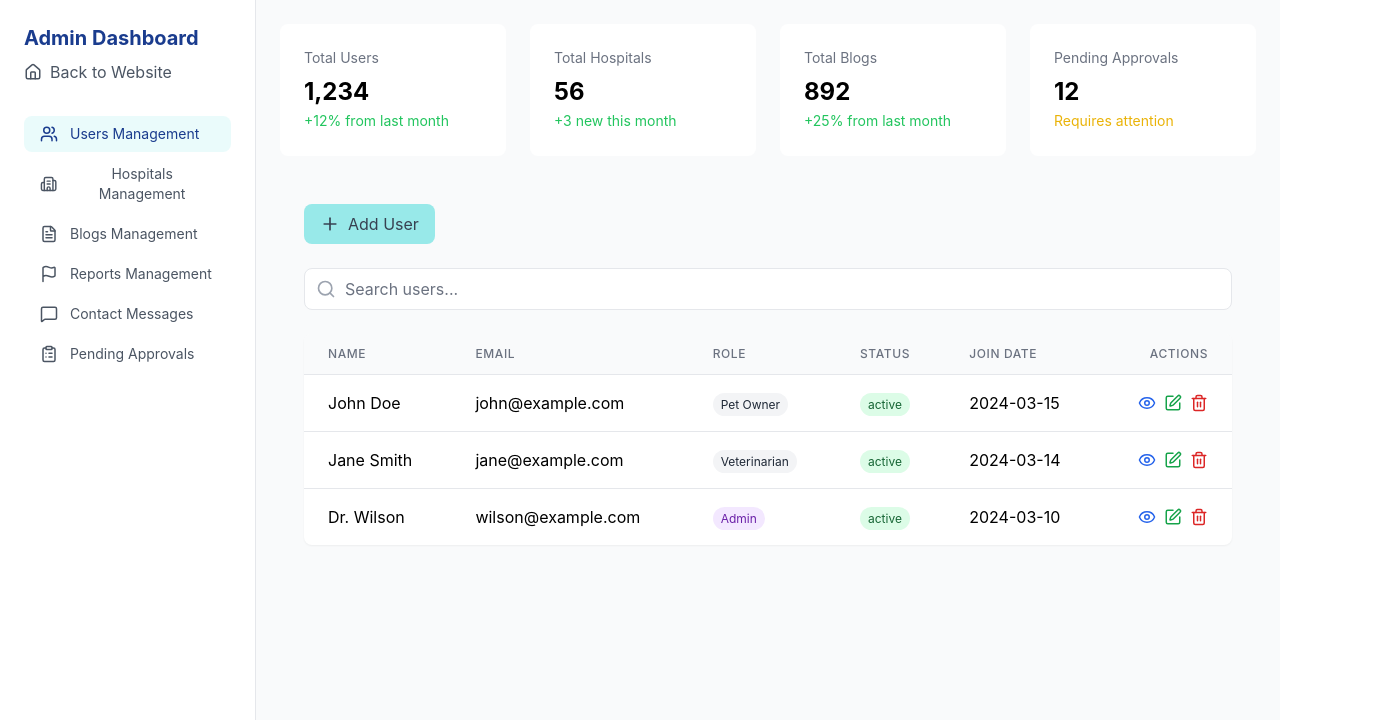
Repository: ZSayless/MyPetDoc
Page: /admin
An editor plug-in stored every save of this project. The page is shown before and after the next save, followed by the edit.
The browser window is 1280 px wide. The page is 1280 px wide, then 1381 px, then 1280 px, so the pictures cover 1381 px, including what lies to the right of the window. The pictures show the whole page.
The project was rebuilt for these pictures with package versions that can differ from the ones it lists, and the page was loaded fresh each time. Also part of the build but not shown: vite.config.js, src/core/ButtonLink.js, src/components/register/SelectRoleModal.js, src/services/authService.js, src/components/register/Register.js, src/core/Overlay.js, src/components/login/Login.js, src/components/layout/Header.js and 40 more.

Above is the page before, as saved 2025-01-15 22:48:06.

### src/index.js
import React from "react";
import ReactDOM from "react-dom/client";
import "./index.css";
import App from "./App";
import { BrowserRouter } from "react-router-dom";
import { Provider } from "react-redux";
import { store } from "./redux/store";

const root = ReactDOM.createRoot(document.getElementById("root"));
root.render(
  <React.StrictMode>
    <BrowserRouter>
      <Provider store={store}>
        <App />
      </Provider>
    </BrowserRouter>
  </React.StrictMode>
);

### src/index.css
@tailwind base;
@tailwind components;
@tailwind utilities;

/* Custom styles for form inputs */
[type="text"],
[type="email"],
[type="password"] {
  @apply border-gray-300 focus:border-blue-500 focus:ring-blue-500 rounded-md shadow-sm;
}

body {
  margin: 0;
  font-family: -apple-system, BlinkMacSystemFont, "Segoe UI", "Roboto", "Oxygen",
    "Ubuntu", "Cantarell", "Fira Sans", "Droid Sans", "Helvetica Neue",
    sans-serif;
  -webkit-font-smoothing: antialiased;
  -moz-osx-font-smoothing: grayscale;
}

code {
  font-family: source-code-pro, Menlo, Monaco, Consolas, "Courier New",
    monospace;
}

### src/redux/store.js
import { configureStore } from "@reduxjs/toolkit";
import communityReducer from "./slices/communitySlice";
import adminReducer from "./slices/adminSlice";

export const store = configureStore({
  reducer: {
    community: communityReducer,
    admin: adminReducer,
  },
});

### src/assets/css/style.css
@tailwind base;
@tailwind components;
@tailwind utilities;

body {
  margin: 0px;
  padding: 0px;
}

html {
  font-family: "Helvetica Neue", Helvetica, Arial, sans-serif;
}

/* Footer Styles */
footer {
  background-color: #1a1a1a !important;
}

.footer-logo {
  height: 40px;
  width: auto;
}

footer .social-icons a {
  color: #fff;
  background: rgba(255, 255, 255, 0.1);
  width: 35px;
  height: 35px;
  display: inline-flex;
  align-items: center;
  justify-content: center;
  border-radius: 50%;
  transition: all 0.3s ease;
}

footer .social-icons a:hover {
  background: #6f42c1;
  transform: translateY(-3px);
}

footer .subscribe-form input {
  border: 1px solid rgba(255, 255, 255, 0.1);
  padding: 10px 15px;
}

footer .subscribe-form input:focus {
  box-shadow: none;
  border-color: #6f42c1;
}

footer .subscribe-form button {
  background: #6f42c1;
  border: none;
  padding: 10px 25px;
  width: 100%;
}

footer .subscribe-form button:hover {
  background: #5a32a3;
}

footer a.text-secondary:hover {
  color: #6f42c1 !important;
}

.hero-section {
  background-image: url("https://bizmap.dexignzone.com/react/demo/static/media/slide1.472de18a.jpg");
  background-size: cover;
  background-position: center;
  background-repeat: no-repeat;
}

.shadownHomeActive {
  color: #fff;
  box-shadow: 0 0 0 3px hsla(0, 0%, 100%, 0.2);
  background-color: rgb(147 51 234 / var(--tw-bg-opacity, 1));
}
.shadownHome:hover {
  border: none;
  box-shadow: 0 0 0 3px hsla(0, 0%, 100%, 0.2);
}
.btn__contact {
  background: hsla(0, 0%, 100%, 0.2);
  border: 1px solid hsla(0, 0%, 100%, 0.2);
}

.contact__card {
  border: 1px solid #e1e6eb;
  border-radius: 4px;
  box-shadow: 0 4px 6px 0 rgba(0, 0, 0, 0.05);
}
.contact__icon {
  box-shadow: 0 0 0 5px rgba(70, 17, 167, 0.1),
    0 0 0 10px rgba(70, 17, 167, 0.1);
}
.contact__form input {
  box-shadow: 0 4px 6px 0 rgba(0, 0, 0, 0.05);
}

.swiper-button-next::after,
.swiper-button-prev::after {
  display: none;
}

.swiper-button-disabled {
  opacity: 0.5;
  cursor: not-allowed;
}

.instagram__img:hover {
  opacity: 0.7;
  transition: all 0.5s;
  -webkit-transition: all 0.5s;
}
.border__category {
  border-bottom: 1px dashed #ecebf5;
}

### src/pages/admin/AdminDashboard.js
import { useState } from "react";
import AdminSidebar from "./AdminSidebar";
import UsersManagement from "./tabs/UsersManagement";
import HospitalsManagement from "./tabs/HospitalsManagement";
import BlogsManagement from "./tabs/BlogsManagement";
import ReportsManagement from "./tabs/ReportsManagement";
import ContactMessages from "./tabs/ContactMessages";
import PendingApprovals from "./tabs/PendingApprovals";

function AdminDashboard() {
  const [activeTab, setActiveTab] = useState("users");

  const renderTab = () => {
    switch (activeTab) {
      case "users":
        return <UsersManagement />;
      case "hospitals":
        return <HospitalsManagement />;
      case "blogs":
        return <BlogsManagement />;
      case "reports":
        return <ReportsManagement />;
      case "messages":
        return <ContactMessages />;
      case "pending":
        return <PendingApprovals />;
      default:
        return <UsersManagement />;
    }
  };

  return (
    <div className="flex min-h-screen bg-gray-50">
      {/* Sidebar */}
      <div className="w-64 bg-white border-r">
        <AdminSidebar activeTab={activeTab} setActiveTab={setActiveTab} />
      </div>

      {/* Main Content */}
      <div className="flex-1">
        {/* Stats Cards */}
        <div className="grid grid-cols-4 gap-6 p-6">
          <div className="bg-white rounded-lg p-6">
            <h3 className="text-gray-500 text-sm">Total Users</h3>
            <p className="text-2xl font-bold mt-2">1,234</p>
            <span className="text-green-500 text-sm">+12% from last month</span>
          </div>
          <div className="bg-white rounded-lg p-6">
            <h3 className="text-gray-500 text-sm">Total Hospitals</h3>
            <p className="text-2xl font-bold mt-2">56</p>
            <span className="text-green-500 text-sm">+3 new this month</span>
          </div>
          <div className="bg-white rounded-lg p-6">
            <h3 className="text-gray-500 text-sm">Total Blogs</h3>
            <p className="text-2xl font-bold mt-2">892</p>
            <span className="text-green-500 text-sm">+25% from last month</span>
          </div>
          <div className="bg-white rounded-lg p-6">
            <h3 className="text-gray-500 text-sm">Pending Approvals</h3>
            <p className="text-2xl font-bold mt-2">12</p>
            <span className="text-yellow-500 text-sm">Requires attention</span>
          </div>
        </div>

        {/* Content Area */}
        <div className="px-6 pb-6">{renderTab()}</div>
      </div>
    </div>
  );
}

export default AdminDashboard;

### src/context/AuthContext.js
import React, { createContext, useContext, useState } from "react";

const AuthContext = createContext();

export function AuthProvider({ children }) {
  const [isAuthenticated, setIsAuthenticated] = useState(() => {
    const saved = localStorage.getItem("isAuthenticated");
    return saved === "true";
  });
  const [user, setUser] = useState(() => {
    const saved = localStorage.getItem("user");
    return saved ? JSON.parse(saved) : null;
  });

  const login = (userData) => {
    setIsAuthenticated(true);
    setUser(userData);
    localStorage.setItem("isAuthenticated", "true");
    localStorage.setItem("user", JSON.stringify(userData));
  };

  const logout = () => {
    setIsAuthenticated(false);
    setUser(null);
    localStorage.removeItem("isAuthenticated");
    localStorage.removeItem("user");
  };

  return (
    <AuthContext.Provider value={{ isAuthenticated, user, login, logout }}>
      {children}
    </AuthContext.Provider>
  );
}

export function useAuth() {
  const context = useContext(AuthContext);
  if (!context) {
    throw new Error("useAuth must be used within an AuthProvider");
  }
  return context;
}

### src/redux/slices/communitySlice.js
import { createSlice, createAsyncThunk } from "@reduxjs/toolkit";
import { communityService } from "../../services/communityService";

// Async thunks
export const fetchPosts = createAsyncThunk(
  "community/fetchPosts",
  async ({ page, limit }) => {
    const response = await communityService.getPosts(page, limit);
    return response.data;
  }
);

export const createPost = createAsyncThunk(
  "community/createPost",
  async (postData) => {
    const response = await communityService.createPost(postData);
    return response.data;
  }
);

// ... thêm các thunks khác

const communitySlice = createSlice({
  name: "community",
  initialState: {
    posts: [],
    currentPost: null,
    loading: false,
    error: null,
    page: 1,
    hasMore: true,
  },
  reducers: {
    setCurrentPost: (state, action) => {
      state.currentPost = action.payload;
    },
    clearError: (state) => {
      state.error = null;
    },
  },
  extraReducers: (builder) => {
    builder
      .addCase(fetchPosts.pending, (state) => {
        state.loading = true;
      })
      .addCase(fetchPosts.fulfilled, (state, action) => {
        state.loading = false;
        state.posts = action.payload.data;
        state.hasMore = action.payload.hasMore;
      })
      .addCase(fetchPosts.rejected, (state, action) => {
        state.loading = false;
        state.error = action.error.message;
      });
    // ... thêm các cases khác
  },
});

export const { setCurrentPost, clearError } = communitySlice.actions;
export default communitySlice.reducer;

### src/pages/admin/AdminSidebar.js
import { Link } from "react-router-dom";
import {
  Users,
  Building2,
  FileText,
  Flag,
  MessageSquare,
  ClipboardList,
  Home,
} from "lucide-react";

function AdminSidebar({ activeTab, setActiveTab }) {
  const tabs = [
    { id: "users", name: "Users Management", icon: Users },
    { id: "hospitals", name: "Hospitals Management", icon: Building2 },
    { id: "blogs", name: "Blogs Management", icon: FileText },
    { id: "reports", name: "Reports Management", icon: Flag },
    { id: "messages", name: "Contact Messages", icon: MessageSquare },
    { id: "pending", name: "Pending Approvals", icon: ClipboardList },
  ];

  return (
    <div className="h-full p-6">
      <h1 className="text-[#1A3C8E] text-xl font-bold mb-2">Admin Dashboard</h1>
      <Link
        to="/"
        className="inline-flex items-center gap-2 text-gray-600 hover:text-[#1A3C8E] mb-8"
      >
        <Home size={18} />
        <span>Back to Website</span>
      </Link>

      <nav className="space-y-1">
        {tabs.map((tab) => {
          const Icon = tab.icon;
          return (
            <button
              key={tab.id}
              onClick={() => setActiveTab(tab.id)}
              className={`w-full flex items-center gap-3 px-4 py-2 rounded-lg text-sm transition-colors ${
                activeTab === tab.id
                  ? "bg-[#98E9E9]/20 text-[#1A3C8E]"
                  : "text-gray-600 hover:bg-gray-50"
              }`}
            >
              <Icon size={18} />
              <span>{tab.name}</span>
            </button>
          );
        })}
      </nav>
    </div>
  );
}

export default AdminSidebar;

### src/services/communityService.js
import axios from "axios";

const BASE_URL = process.env.REACT_APP_API_URL;

export const communityService = {
  // Posts
  getPosts: (page = 1, limit = 10) =>
    axios.get(`${BASE_URL}/posts?page=${page}&limit=${limit}`),

  getPostById: (postId) => axios.get(`${BASE_URL}/posts/${postId}`),

  createPost: (data) => axios.post(`${BASE_URL}/posts`, data),

  updatePost: (postId, data) => axios.put(`${BASE_URL}/posts/${postId}`, data),

  deletePost: (postId) => axios.delete(`${BASE_URL}/posts/${postId}`),

  // Comments
  getComments: (postId) => axios.get(`${BASE_URL}/posts/${postId}/comments`),

  addComment: (postId, data) =>
    axios.post(`${BASE_URL}/posts/${postId}/comments`, data),

  deleteComment: (commentId) =>
    axios.delete(`${BASE_URL}/comments/${commentId}`),

  // Likes
  likePost: (postId) => axios.post(`${BASE_URL}/posts/${postId}/like`),

  unlikePost: (postId) => axios.delete(`${BASE_URL}/posts/${postId}/like`),

  // Reports
  reportPost: (postId, reason) =>
    axios.post(`${BASE_URL}/posts/${postId}/report`, { reason }),
};

### tailwind.config.js
/** @type {import('tailwindcss').Config} */
module.exports = {
  content: ["./src/**/*.{js,jsx,ts,tsx}"],
  theme: {
    extend: {},
  },
  plugins: [require("@tailwindcss/forms"), require("@tailwindcss/typography")],
};

Loaded but not shown: public/index.html (common file); src/components/common/ScrollToTop.js (common file); src/pages/admin/tabs/UsersManagement.js (359 lines, source omitted); src/App.js (239 lines, source omitted); src/redux/slices/adminSlice.js (153 lines, source omitted); src/data/mockData.js (145 lines, source omitted); src/components/blog/BlogDetail.js (empty); src/components/community/CommunityList.js (empty)

After the next save:
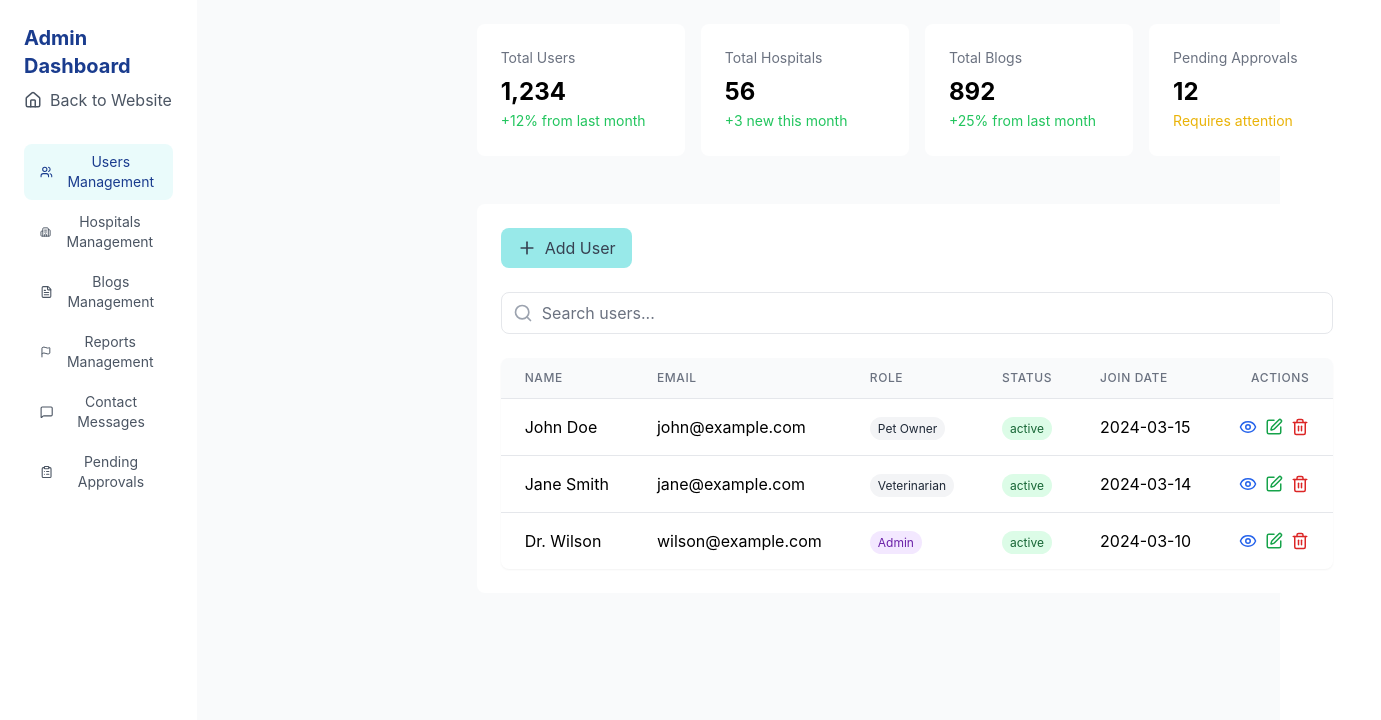
Saved 2 min 7 s later.
--- a/src/pages/admin/AdminDashboard.js
+++ b/src/pages/admin/AdminDashboard.js
@@ -6,9 +6,11 @@
 import ReportsManagement from "./tabs/ReportsManagement";
 import ContactMessages from "./tabs/ContactMessages";
 import PendingApprovals from "./tabs/PendingApprovals";
+import { Menu, X } from "lucide-react";
 
 function AdminDashboard() {
   const [activeTab, setActiveTab] = useState("users");
+  const [isSidebarOpen, setIsSidebarOpen] = useState(false);
 
   const renderTab = () => {
     switch (activeTab) {
@@ -31,39 +33,69 @@
 
   return (
     <div className="flex min-h-screen bg-gray-50">
+      {/* Mobile Menu Button */}
+      <button
+        className="lg:hidden fixed top-4 left-4 z-50 p-2 bg-white rounded-lg shadow-md"
+        onClick={() => setIsSidebarOpen(!isSidebarOpen)}
+      >
+        {isSidebarOpen ? <X size={20} /> : <Menu size={20} />}
+      </button>
+
       {/* Sidebar */}
-      <div className="w-64 bg-white border-r">
-        <AdminSidebar activeTab={activeTab} setActiveTab={setActiveTab} />
+      <div
+        className={`fixed lg:static inset-y-0 left-0 z-40 w-64 bg-white transform transition-transform duration-200 ease-in-out ${
+          isSidebarOpen ? "translate-x-0" : "-translate-x-full lg:translate-x-0"
+        }`}
+      >
+        <AdminSidebar
+          activeTab={activeTab}
+          setActiveTab={(tab) => {
+            setActiveTab(tab);
+            setIsSidebarOpen(false);
+          }}
+        />
       </div>
 
+      {/* Overlay for mobile */}
+      {isSidebarOpen && (
+        <div
+          className="fixed inset-0 bg-black/50 z-30 lg:hidden"
+          onClick={() => setIsSidebarOpen(false)}
+        />
+      )}
+
       {/* Main Content */}
-      <div className="flex-1">
+      <div className="flex-1 lg:ml-64">
         {/* Stats Cards */}
-        <div className="grid grid-cols-4 gap-6 p-6">
-          <div className="bg-white rounded-lg p-6">
+        <div className="grid grid-cols-1 md:grid-cols-2 lg:grid-cols-4 gap-4 p-4 lg:p-6">
+          <div className="bg-white rounded-lg p-4 lg:p-6">
             <h3 className="text-gray-500 text-sm">Total Users</h3>
-            <p className="text-2xl font-bold mt-2">1,234</p>
+            <p className="text-xl lg:text-2xl font-bold mt-2">1,234</p>
             <span className="text-green-500 text-sm">+12% from last month</span>
           </div>
-          <div className="bg-white rounded-lg p-6">
+          <div className="bg-white rounded-lg p-4 lg:p-6">
             <h3 className="text-gray-500 text-sm">Total Hospitals</h3>
-            <p className="text-2xl font-bold mt-2">56</p>
+            <p className="text-xl lg:text-2xl font-bold mt-2">56</p>
             <span className="text-green-500 text-sm">+3 new this month</span>
           </div>
-          <div className="bg-white rounded-lg p-6">
+          <div className="bg-white rounded-lg p-4 lg:p-6">
             <h3 className="text-gray-500 text-sm">Total Blogs</h3>
-            <p className="text-2xl font-bold mt-2">892</p>
+            <p className="text-xl lg:text-2xl font-bold mt-2">892</p>
             <span className="text-green-500 text-sm">+25% from last month</span>
           </div>
-          <div className="bg-white rounded-lg p-6">
+          <div className="bg-white rounded-lg p-4 lg:p-6">
             <h3 className="text-gray-500 text-sm">Pending Approvals</h3>
-            <p className="text-2xl font-bold mt-2">12</p>
+            <p className="text-xl lg:text-2xl font-bold mt-2">12</p>
             <span className="text-yellow-500 text-sm">Requires attention</span>
           </div>
         </div>
 
         {/* Content Area */}
-        <div className="px-6 pb-6">{renderTab()}</div>
+        <div className="p-4 lg:p-6">
+          <div className="bg-white rounded-lg">
+            {renderTab()}
+          </div>
+        </div>
       </div>
     </div>
   );

After the save that followed:
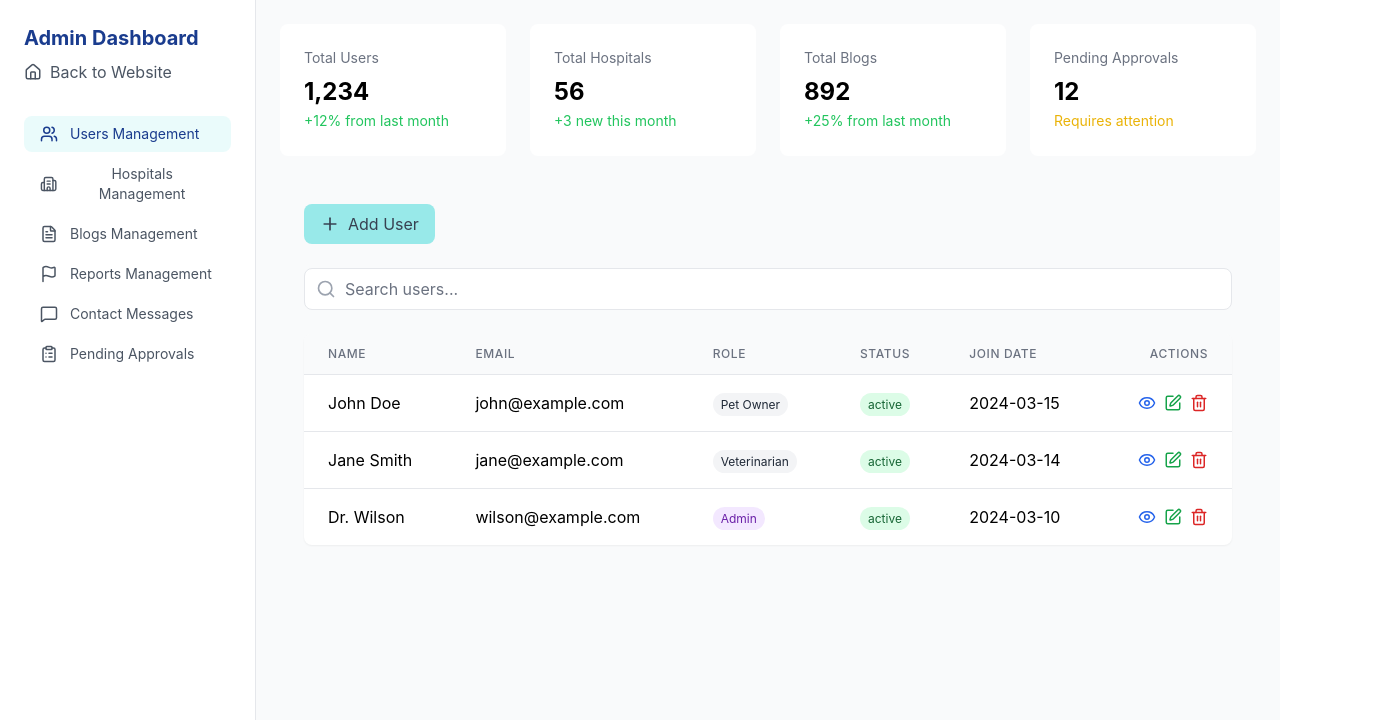
Saved 2 min 0 s later.
--- a/src/pages/admin/AdminDashboard.js
+++ b/src/pages/admin/AdminDashboard.js
@@ -6,11 +6,9 @@
 import ReportsManagement from "./tabs/ReportsManagement";
 import ContactMessages from "./tabs/ContactMessages";
 import PendingApprovals from "./tabs/PendingApprovals";
-import { Menu, X } from "lucide-react";
 
 function AdminDashboard() {
   const [activeTab, setActiveTab] = useState("users");
-  const [isSidebarOpen, setIsSidebarOpen] = useState(false);
 
   const renderTab = () => {
     switch (activeTab) {
@@ -33,69 +31,39 @@
 
   return (
     <div className="flex min-h-screen bg-gray-50">
-      {/* Mobile Menu Button */}
-      <button
-        className="lg:hidden fixed top-4 left-4 z-50 p-2 bg-white rounded-lg shadow-md"
-        onClick={() => setIsSidebarOpen(!isSidebarOpen)}
-      >
-        {isSidebarOpen ? <X size={20} /> : <Menu size={20} />}
-      </button>
-
       {/* Sidebar */}
-      <div
-        className={`fixed lg:static inset-y-0 left-0 z-40 w-64 bg-white transform transition-transform duration-200 ease-in-out ${
-          isSidebarOpen ? "translate-x-0" : "-translate-x-full lg:translate-x-0"
-        }`}
-      >
-        <AdminSidebar
-          activeTab={activeTab}
-          setActiveTab={(tab) => {
-            setActiveTab(tab);
-            setIsSidebarOpen(false);
-          }}
-        />
+      <div className="w-64 bg-white border-r">
+        <AdminSidebar activeTab={activeTab} setActiveTab={setActiveTab} />
       </div>
 
-      {/* Overlay for mobile */}
-      {isSidebarOpen && (
-        <div
-          className="fixed inset-0 bg-black/50 z-30 lg:hidden"
-          onClick={() => setIsSidebarOpen(false)}
-        />
-      )}
-
       {/* Main Content */}
-      <div className="flex-1 lg:ml-64">
+      <div className="flex-1">
         {/* Stats Cards */}
-        <div className="grid grid-cols-1 md:grid-cols-2 lg:grid-cols-4 gap-4 p-4 lg:p-6">
-          <div className="bg-white rounded-lg p-4 lg:p-6">
+        <div className="grid grid-cols-4 gap-6 p-6">
+          <div className="bg-white rounded-lg p-6">
             <h3 className="text-gray-500 text-sm">Total Users</h3>
-            <p className="text-xl lg:text-2xl font-bold mt-2">1,234</p>
+            <p className="text-2xl font-bold mt-2">1,234</p>
             <span className="text-green-500 text-sm">+12% from last month</span>
           </div>
-          <div className="bg-white rounded-lg p-4 lg:p-6">
+          <div className="bg-white rounded-lg p-6">
             <h3 className="text-gray-500 text-sm">Total Hospitals</h3>
-            <p className="text-xl lg:text-2xl font-bold mt-2">56</p>
+            <p className="text-2xl font-bold mt-2">56</p>
             <span className="text-green-500 text-sm">+3 new this month</span>
           </div>
-          <div className="bg-white rounded-lg p-4 lg:p-6">
+          <div className="bg-white rounded-lg p-6">
             <h3 className="text-gray-500 text-sm">Total Blogs</h3>
-            <p className="text-xl lg:text-2xl font-bold mt-2">892</p>
+            <p className="text-2xl font-bold mt-2">892</p>
             <span className="text-green-500 text-sm">+25% from last month</span>
           </div>
-          <div className="bg-white rounded-lg p-4 lg:p-6">
+          <div className="bg-white rounded-lg p-6">
             <h3 className="text-gray-500 text-sm">Pending Approvals</h3>
-            <p className="text-xl lg:text-2xl font-bold mt-2">12</p>
+            <p className="text-2xl font-bold mt-2">12</p>
             <span className="text-yellow-500 text-sm">Requires attention</span>
           </div>
         </div>
 
         {/* Content Area */}
-        <div className="p-4 lg:p-6">
-          <div className="bg-white rounded-lg">
-            {renderTab()}
-          </div>
-        </div>
+        <div className="px-6 pb-6">{renderTab()}</div>
       </div>
     </div>
   );
